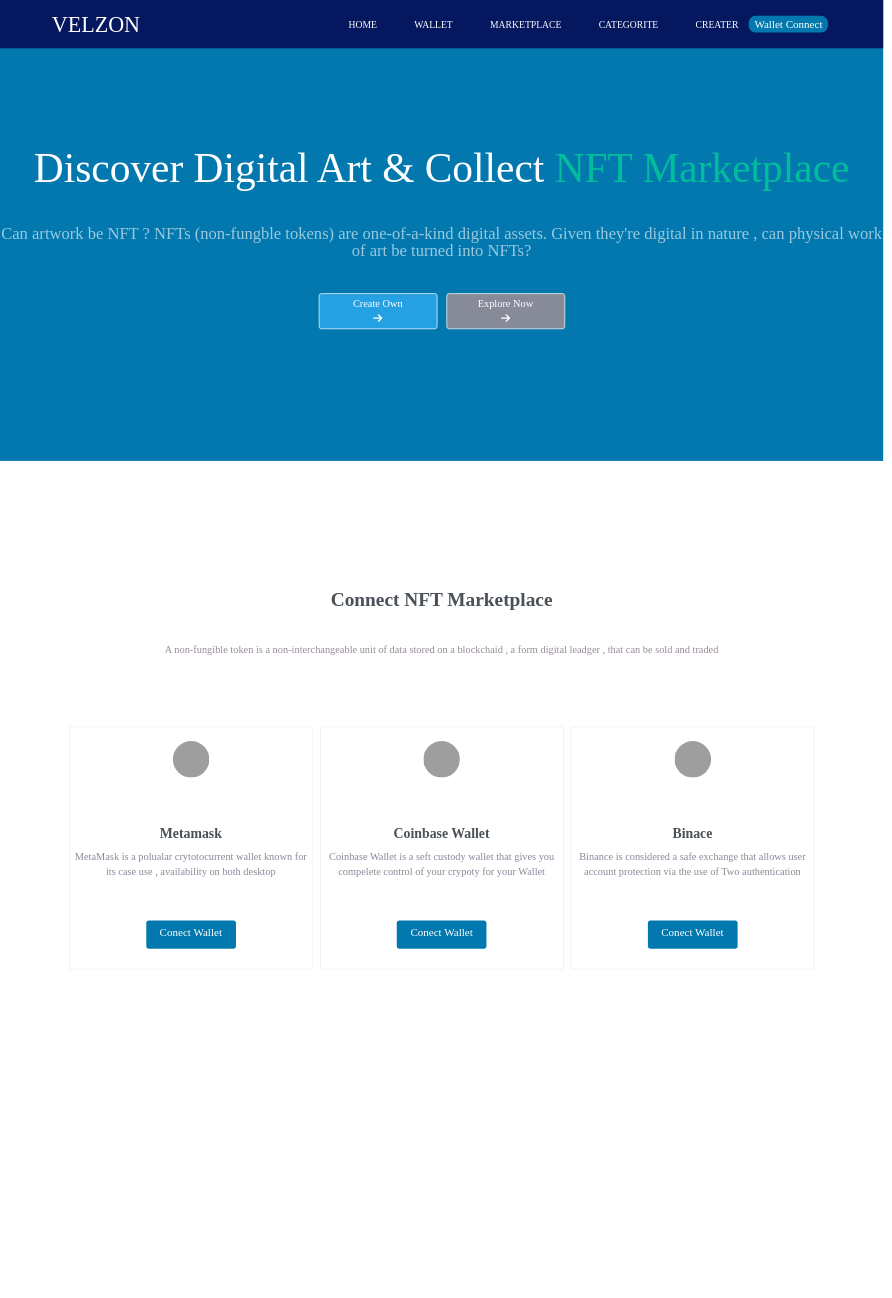
Repository: HuynhDuc23/Webvideodesgin
Page: index.html
These files come from the project's save history. The page is drawn as it stood at one moment and after the next save; the edit follows.
The browser window is 1280 px wide. The page is 1293 px wide, so the pictures cover 1293 px, including what lies to the right of the window. The pictures show the whole page, at 69% of full size.
Pictures or frames that could not be fetched are drawn as grey boxes. The style sheet was rebuilt from its Sass, Less or Tailwind sources for each picture, by a compiler version that may differ from the author's.

Above is the page before, as saved 2023-04-26 09:16:21.

After the next save:
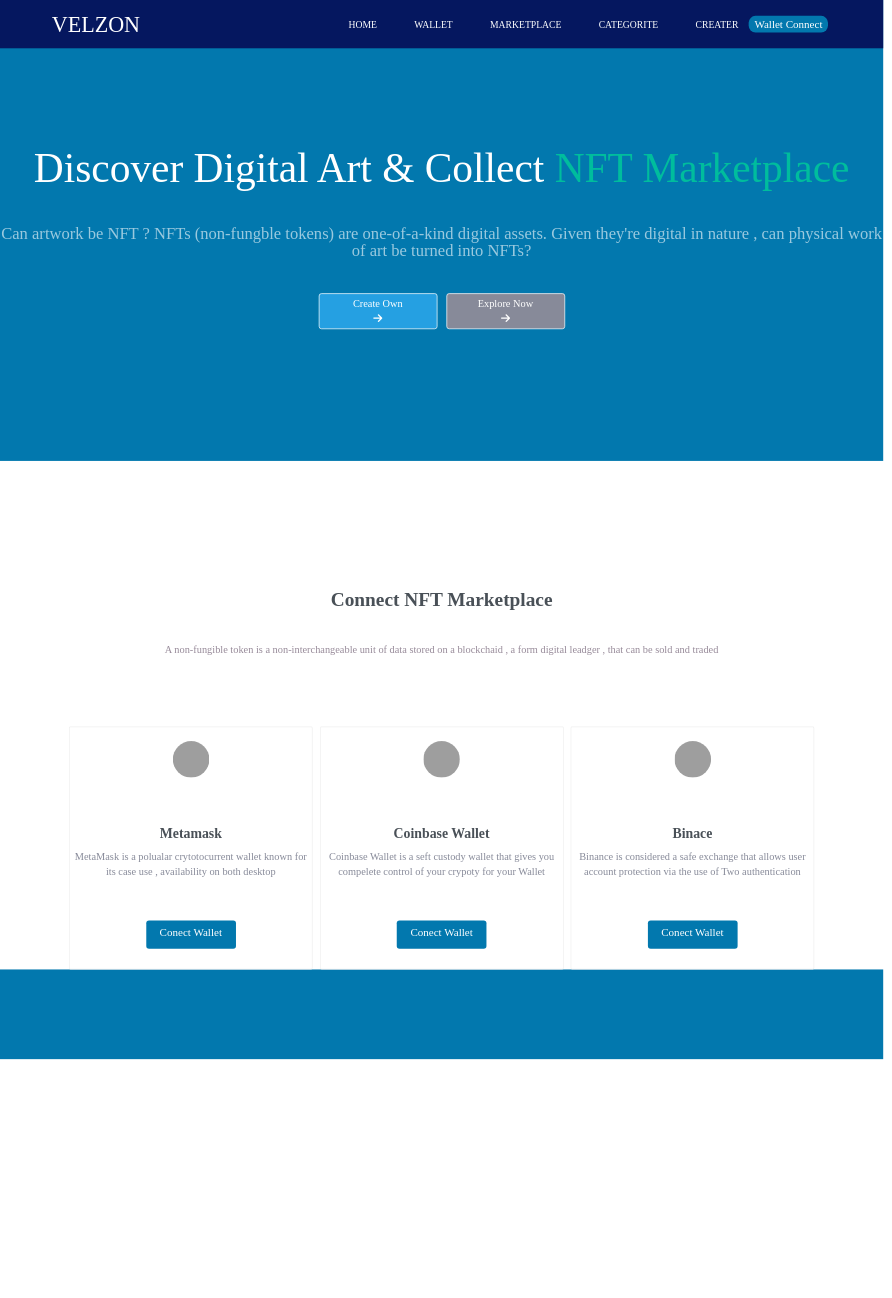
Saved 48 s later.
--- a/style.scss
+++ b/style.scss
@@ -255,5 +255,7 @@
     &__1{
         width: 100%;
         height: 130px;
-    }
-}
+        background-color: rgb(2,120,174);
+
+    }
+}
